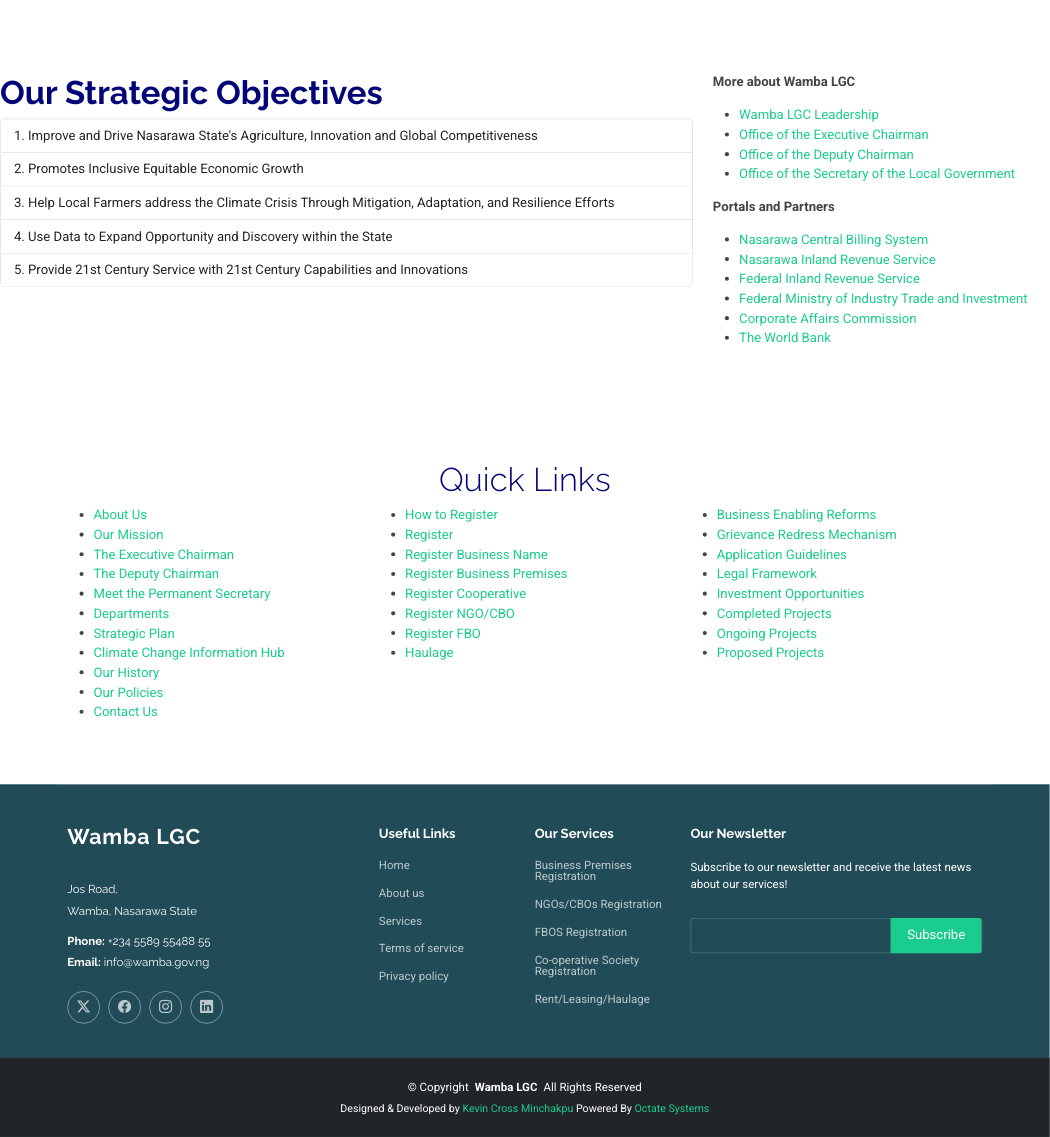
Repository: GlorifiedIntel/wamba-lgc
Page: about-wamba.html
An editor plug-in stored every save of this project. The page is shown before and after the next save, followed by the edit.
The browser window is 1280 px wide. The pictures show the part of the page from y = 2559 to 3945 px (the page is 3945 px tall), at 82% of full size.
A picture or video elsewhere on the page could not be fetched, so the positions and the page height are approximate.

Above is the page before, as saved 2025-02-06 02:23:13.
Console error: TypeError: Cannot read properties of null (reading 'click')

After the next save:
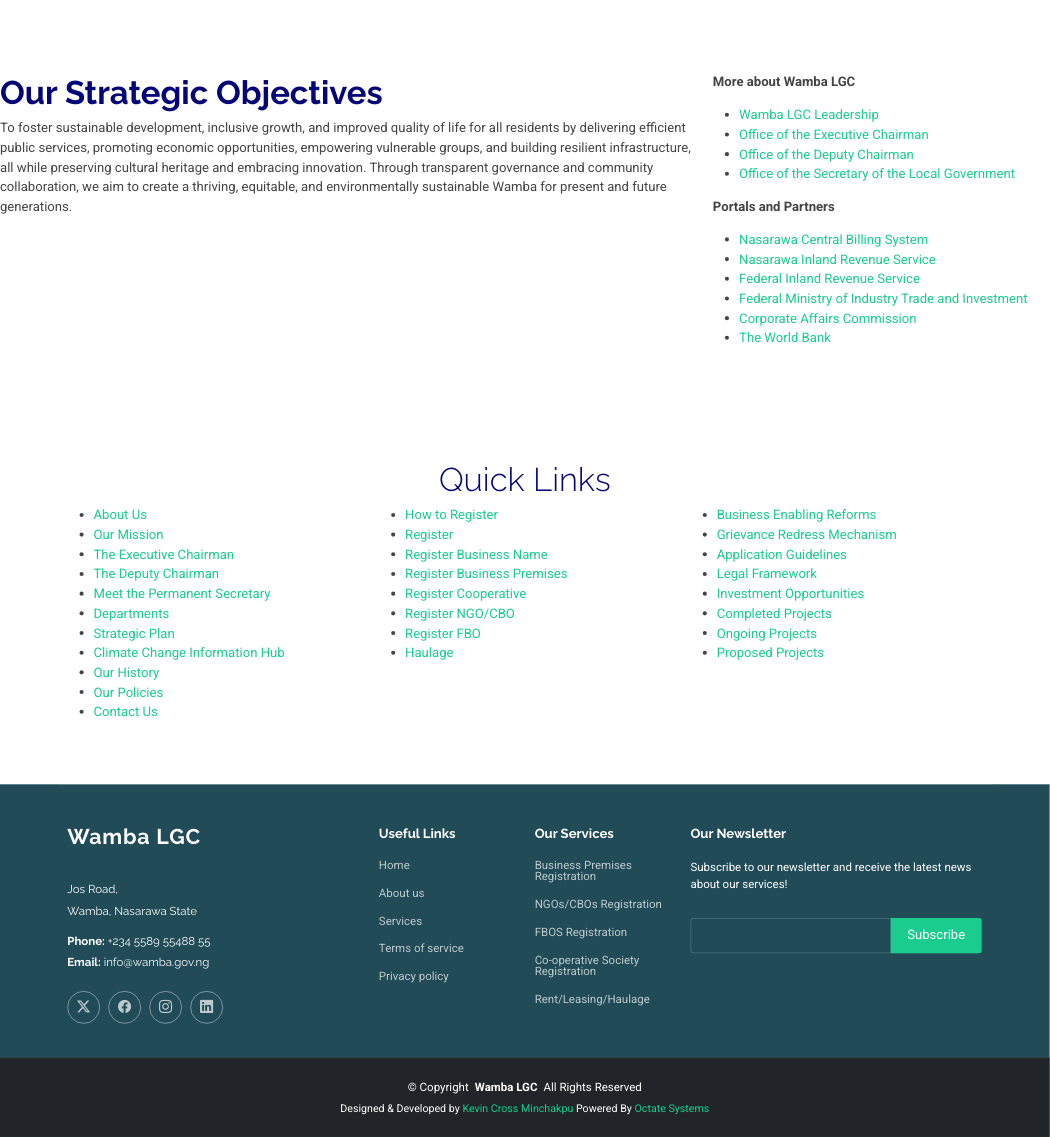
Saved 109 s later.
--- a/about-wamba.html
+++ b/about-wamba.html
@@ -191,13 +191,7 @@
       <div class="row justify-content-center">
         <div class="col-md-8">
           <h4 class="display-6 fw-bold">Our Strategic Objectives</h4>
-          <ol class="list-group list-group-numbered">
-            <li class="list-group-item">Improve and Drive Nasarawa State's Agriculture, Innovation and Global Competitiveness</li>
-            <li class="list-group-item">Promotes Inclusive Equitable Economic Growth</li>
-            <li class="list-group-item">Help Local Farmers address the Climate Crisis Through Mitigation, Adaptation, and Resilience Efforts</li>
-            <li class="list-group-item">Use Data to Expand Opportunity and Discovery within the State</li>
-            <li class="list-group-item">Provide 21st Century Service with 21st Century Capabilities and Innovations</li>
-          </ol>
+          <P>To foster sustainable development, inclusive growth, and improved quality of life for all residents by delivering efficient public services, promoting economic opportunities, empowering vulnerable groups, and building resilient infrastructure, all while preserving cultural heritage and embracing innovation. Through transparent governance and community collaboration, we aim to create a thriving, equitable, and environmentally sustainable Wamba for present and future generations.</P>
         </div>
         <div class="col-md-4">
           <p class="elhanan fw-bold">More about Wamba LGC</p>
